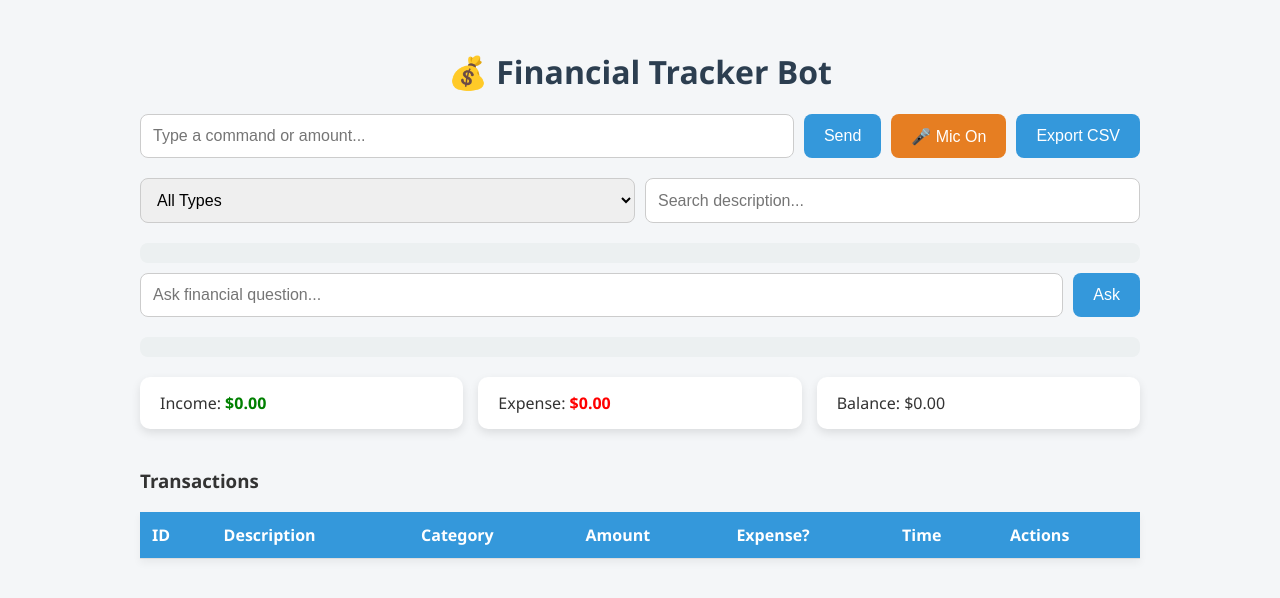
Repository: Aroxy22/finance-tracker
Page: backend/index.html
An editor plug-in stored every save of this project. The page is shown before and after the next save, followed by the edit.
The browser window is 1280 px wide. The pictures show the whole page.
The page's requests for data from a server got no answer.

Above is the page before, as saved 2025-09-09 15:28:06.

### backend/index.html
<!DOCTYPE html>
<html lang="en">
<head>
<meta charset="UTF-8">
<title>Financial Tracker Bot</title>
<meta name="viewport" content="width=device-width, initial-scale=1.0">
<style>
body {
    font-family: 'Segoe UI', Tahoma, Geneva, Verdana, sans-serif;
    margin: 0;
    padding: 0;
    background: #f4f6f8;
    color: #333;
}
h1 { text-align: center; margin-top: 30px; color: #2c3e50; }
.container { max-width: 1000px; margin: auto; padding: 20px; }
.input-group, .filter-group { display: flex; justify-content: center; margin-bottom: 20px; flex-wrap: wrap; gap: 10px; }
input[type=text], select { padding: 12px; flex: 1; min-width: 150px; border: 1px solid #ccc; border-radius: 8px; font-size: 16px; }
button { padding: 12px 20px; border: none; background-color: #3498db; color: white; cursor: pointer; font-size: 16px; border-radius: 8px; transition: background 0.3s; }
button:hover { background-color: #2980b9; }
#speechBtn { background-color: #e67e22; }
#speechBtn.off { background-color: #95a5a6; }
#response, #answer { margin: 10px 0; padding: 10px; background: #ecf0f1; border-radius: 8px; white-space: pre-wrap; }
#transactions table { width: 100%; border-collapse: collapse; margin-top: 15px; box-shadow: 0 4px 8px rgba(0,0,0,0.05); }
#transactions th, #transactions td { padding: 12px; text-align: left; border-bottom: 1px solid #ddd; }
#transactions th { background-color: #3498db; color: white; }
#transactions tr:nth-child(even) { background-color: #f2f2f2; }
#summary, #categorySummary { display: flex; justify-content: space-around; flex-wrap: wrap; gap: 15px; margin-top: 20px; }
.card { flex: 1; min-width: 200px; padding: 15px 20px; background: white; border-radius: 10px; box-shadow: 0 4px 10px rgba(0,0,0,0.1); }
.card h3 { margin: 0 0 10px 0; }
.income { color: green; font-weight: bold; }
.expense { color: red; font-weight: bold; }
#notification { position: fixed; top: 20px; right: 20px; z-index: 1000; }
.notification-card { padding: 15px 20px; margin-bottom: 10px; border-radius: 10px; color: white; font-weight: 600; box-shadow: 0 4px 10px rgba(0,0,0,0.2); animation: slideIn 0.5s ease-out; max-width: 300px; word-wrap: break-word; }
@keyframes slideIn { 0% { transform: translateX(100%); opacity: 0; } 100% { transform: translateX(0); opacity: 1; } }
.delete-btn { padding: 4px 8px; background: #e74c3c; color: white; border: none; border-radius: 6px; cursor: pointer; }
.delete-btn:hover { background: #c0392b; }
.edit-btn { padding: 4px 8px; background: #f1c40f; color: white; border: none; border-radius: 6px; cursor: pointer; }
.edit-btn:hover { background: #d4ac0d; }
</style>
</head>
<body>
<div class="container">
    <h1>💰 Financial Tracker Bot</h1>

    <!-- Command Input -->
    <div class="input-group">
        <input type="text" id="textInput" placeholder="Type a command or amount...">
        <button onclick="sendText()">Send</button>
        <button id="speechBtn">🎤 Mic On</button>
        <button onclick="exportCSV()">Export CSV</button>
    </div>

    <!-- Filters -->
    <div class="filter-group">
        <select id="filterType" onchange="listTransactions()">
            <option value="">All Types</option>
            <option value="income">Income</option>
            <option value="expense">Expense</option>
        </select>
        <input type="text" id="searchText" placeholder="Search description..." oninput="listTransactions()">
    </div>

    <!-- Responses -->
    <div id="response"></div>

    <!-- Finance Q&A -->
    <div class="input-group">
        <input type="text" id="askInput" placeholder="Ask financial question...">
        <button onclick="sendQuestion()">Ask</button>
    </div>
    <div id="answer"></div>

    <!-- Summary -->
    <div id="summary">
        <div class="card">Income: <span class="income" id="incomeVal">$0.00</span></div>
        <div class="card">Expense: <span class="expense" id="expenseVal">$0.00</span></div>
        <div class="card">Balance: <span id="balanceVal">$0.00</span></div>
    </div>

    <!-- Category Summary -->
    <div id="categorySummary"></div>

    <!-- Transactions -->
    <div id="transactions">
        <h3>Transactions</h3>
        <table>
            <thead>
                <tr>
                    <th>ID</th><th>Description</th><th>Category</th><th>Amount</th>
                    <th>Expense?</th><th>Time</th><th>Actions</th>
                </tr>
            </thead>
            <tbody id="txBody"></tbody>
        </table>
    </div>
</div>

<div id="notification"></div>

<script>
const responseDiv = document.getElementById("response");
const txBody = document.getElementById("txBody");
const incomeVal = document.getElementById("incomeVal");
const expenseVal = document.getElementById("expenseVal");
const balanceVal = document.getElementById("balanceVal");
const categorySummary = document.getElementById("categorySummary");
const notificationDiv = document.getElementById("notification");

let allTransactions = [];

// ---------- Text-to-Speech ----------
function speak(text) {
    if ('speechSynthesis' in window) {
        const utterance = new SpeechSynthesisUtterance(text);
        utterance.lang = "en-US";
        speechSynthesis.speak(utterance);
    }
}

// ---------- Send Command ----------
async function sendCommand(text){
    const res = await fetch("/api/command", {
        method: "POST",
        headers: {"Content-Type":"application/json"},
        body: JSON.stringify({text})
    });
    const data = await res.json();
    responseDiv.innerText = JSON.stringify(data, null, 2);

    if(data.status === "need_amount"){
        let amt = prompt(data.message);
        if(amt) sendCommand(`${data.description} ${amt}`);
        return;
    }

    if(data.status==="ok" && data.action==="added"){
        showNotification(data);
    } else if(data.status === "error"){
        showNotification({message: data.message, error:true});
    }

    listTransactions();
    showSummary();
    document.getElementById("textInput").value = "";
}

function sendText(){ const text = document.getElementById("textInput").value; if(text) sendCommand(text); }

// ---------- Transactions ----------
async function listTransactions(){
    const res = await fetch("/api/command", {
        method: "POST",
        headers: {"Content-Type":"application/json"},
        body: JSON.stringify({text: "list"})
    });
    const data = await res.json();
    allTransactions = data.transactions || [];

    const filterType = document.getElementById("filterType").value;
    const searchText = document.getElementById("searchText").value.toLowerCase();

    const filtered = allTransactions.filter(tx => {
        let matchType = filterType ? (filterType==='income' ? !tx.is_expense : tx.is_expense) : true;
        let matchSearch = tx.desc.toLowerCase().includes(searchText);
        return matchType && matchSearch;
    });

    txBody.innerHTML = "";
    filtered.forEach(tx => {
        const tr = document.createElement("tr");
        tr.innerHTML = `
            <td>${tx.id}</td>
            <td>${tx.desc}</td>
            <td>${tx.category}</td>
            <td class="${tx.is_expense ? 'expense':'income'}">$${tx.amount.toFixed(2)}</td>
            <td>${tx.is_expense ? 'Yes':'No'}</td>
            <td>${new Date(tx.ts).toLocaleString()}</td>
            <td>
                <button class="edit-btn" onclick="editTransaction(${tx.id})">Edit</button>
                <button class="delete-btn" onclick="deleteTransaction(${tx.id})">Delete</button>
            </td>
        `;
        txBody.appendChild(tr);
    });

    showCategorySummary(filtered);
}

function showSummary(){
    let totalIncome = allTransactions.filter(t => !t.is_expense).reduce((a,b)=>a+b.amount,0);
    let totalExpense = allTransactions.filter(t => t.is_expense).reduce((a,b)=>a+b.amount,0);
    incomeVal.innerText = `$${totalIncome.toFixed(2)}`;
    expenseVal.innerText = `$${totalExpense.toFixed(2)}`;
    balanceVal.innerText = `$${(totalIncome-totalExpense).toFixed(2)}`;
}

function showCategorySummary(transactions){
    let summary = {};
    transactions.forEach(tx => { if(!summary[tx.category]) summary[tx.category]=0; summary[tx.category]+=tx.amount; });
    categorySummary.innerHTML = '';
    for(let cat in summary){
        const card = document.createElement('div');
        card.className='card';
        card.innerHTML=`<h3>${cat}</h3><p>Total: $${summary[cat].toFixed(2)}</p>`;
        categorySummary.appendChild(card);
    }
}

// ---------- Notifications ----------
function showNotification(data){
    const notif=document.createElement("div");
    notif.className="notification-card";
    let spokenText = "";

    if(data.error){
        notif.style.background="#e67e22";
        notif.innerText=`Error: ${data.message}`;
        spokenText = `Error: ${data.message}`;
    }
    else if(data.deleted_id!==undefined){
        notif.style.background="#3498db";
        notif.innerText=`Deleted transaction ID: ${data.deleted_id}`;
        spokenText = `Deleted transaction ID ${data.deleted_id}`;
    }
    else if(data.id!==undefined){
        notif.style.background=data.is_expense?"#e74c3c":"#2ecc71";
        notif.innerText=`Transaction Added: ID:${data.id}, $${data.amount.toFixed(2)}, ${data.category}`;
        spokenText = `Transaction added. ${data.is_expense ? "Expense" : "Income"} of $${data.amount.toFixed(2)} in category ${data.category}`;
    }

    notificationDiv.appendChild(notif);
    notif.scrollIntoView({behavior:"smooth"});
    setTimeout(()=> notif.remove(),4000);

    if(spokenText) speak(spokenText);
}

// ---------- Edit/Delete ----------
async function deleteTransaction(id){ await sendCommand(`delete ${id}`); }
async function editTransaction(id){
    let tx = allTransactions.find(t=>t.id===id);
    if(!tx) return;
    let newDesc = prompt("Description:", tx.desc) || tx.desc;
    let newAmt = parseFloat(prompt("Amount:", tx.amount)) || tx.amount;
    let isExpense = confirm("Is Expense? (OK=Yes)") ? true : false;

    await fetch("/api/edit",{
        method:"POST",
        headers:{"Content-Type":"application/json"},
        body:JSON.stringify({id:id, description:newDesc, amount:newAmt, is_expense:isExpense})
    });
    listTransactions();
    showSummary();
}

// ---------- Finance Q&A ----------
async function sendQuestion(){
  const text = document.getElementById("askInput").value;
  if(!text) return;

  const res = await fetch("/api/ask", {
      method:"POST",
      headers: {"Content-Type":"application/json"},
      body: JSON.stringify({text})
  });

  const data = await res.json();

  if(data.status === "ok"){
      document.getElementById("answer").innerHTML = data.answer;

      // Speak plain text (strip HTML)
      const tempDiv = document.createElement("div");
      tempDiv.innerHTML = data.answer;
      const plainText = tempDiv.textContent || tempDiv.innerText;
      speak(plainText);
  } else {
      document.getElementById("answer").innerHTML = `<span style="color:red;">Error: ${data.message || "Unknown error"}</span>`;
      speak(`Error: ${data.message || "Unknown error"}`);
  }

  document.getElementById("askInput").value = "";
}

// ---------- CSV Export ----------
async function exportCSV(){
    let csv="ID,Description,Category,Amount,Expense,Date\n";
    allTransactions.forEach(t=>{csv+=`${t.id},"${t.desc}",${t.category},${t.amount},${t.is_expense?1:0},${t.ts}\n`;});
    const blob = new Blob([csv], {type:"text/csv"});
    const link = document.createElement("a");
    link.href = URL.createObjectURL(blob);
    link.download = "transactions.csv";
    link.click();
}

// ---------- Speech Recognition ----------
const speechBtn = document.getElementById("speechBtn");
let recognition, micOn=false;
if('webkitSpeechRecognition' in window){
    recognition = new webkitSpeechRecognition();
    recognition.continuous=true;
    recognition.interimResults=true;
    recognition.lang="en-US";
    recognition.onresult=function(event){
        let transcript = event.results[event.results.length-1][0].transcript;
        document.getElementById("textInput").value = transcript;
    };
    recognition.onerror=function(event){ alert("Speech error: "+event.error); };
    speechBtn.onclick=()=>{
        if(!micOn){ recognition.start(); micOn=true; speechBtn.innerText="🎤 Mic Off"; speechBtn.classList.remove("off"); }
        else{ recognition.stop(); micOn=false; speechBtn.innerText="🎤 Mic On"; speechBtn.classList.add("off"); }
    };
}else{ speechBtn.disabled=true; speechBtn.innerText="Mic not supported"; }

listTransactions();
showSummary();
</script>
</body>
</html>

After the next save:
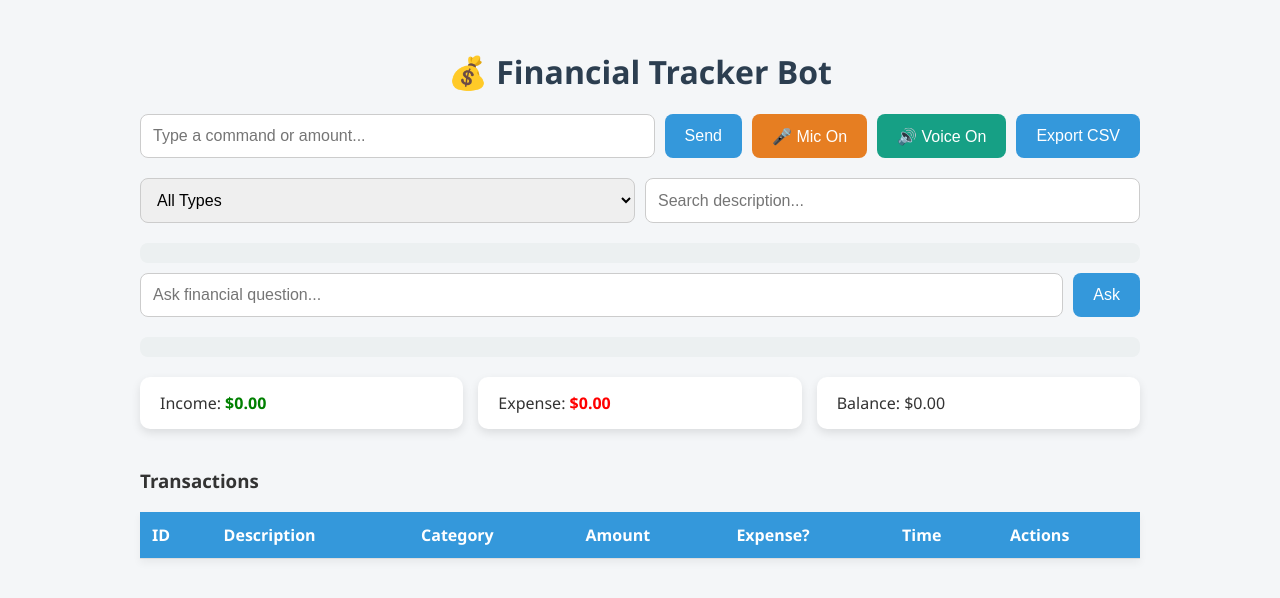
Saved 2 min 3 s later.
--- a/backend/index.html
+++ b/backend/index.html
@@ -20,6 +20,8 @@ button { padding: 12px 20px; border: none; background-color: #3498db; color: whi
 button:hover { background-color: #2980b9; }
 #speechBtn { background-color: #e67e22; }
 #speechBtn.off { background-color: #95a5a6; }
+#voiceBtn { background-color: #16a085; }
+#voiceBtn.off { background-color: #95a5a6; }
 #response, #answer { margin: 10px 0; padding: 10px; background: #ecf0f1; border-radius: 8px; white-space: pre-wrap; }
 #transactions table { width: 100%; border-collapse: collapse; margin-top: 15px; box-shadow: 0 4px 8px rgba(0,0,0,0.05); }
 #transactions th, #transactions td { padding: 12px; text-align: left; border-bottom: 1px solid #ddd; }
@@ -48,6 +50,7 @@ button:hover { background-color: #2980b9; }
         <input type="text" id="textInput" placeholder="Type a command or amount...">
         <button onclick="sendText()">Send</button>
         <button id="speechBtn">🎤 Mic On</button>
+        <button id="voiceBtn">🔊 Voice On</button>
         <button onclick="exportCSV()">Export CSV</button>
     </div>
 
@@ -109,14 +112,31 @@ const notificationDiv = document.getElementById("notification");
 
 let allTransactions = [];
 
-// ---------- Text-to-Speech ----------
+// ---------- Voice Control ----------
+let voiceOn = true;
+
 function speak(text) {
+    if (!voiceOn) return; // skip if voice is off
     if ('speechSynthesis' in window) {
         const utterance = new SpeechSynthesisUtterance(text);
         utterance.lang = "en-US";
+        speechSynthesis.cancel(); // stop previous speech
         speechSynthesis.speak(utterance);
     }
 }
+
+const voiceBtn = document.getElementById("voiceBtn");
+voiceBtn.onclick = () => {
+    voiceOn = !voiceOn;
+    if (voiceOn) {
+        voiceBtn.innerText = "🔊 Voice On";
+        voiceBtn.classList.remove("off");
+    } else {
+        speechSynthesis.cancel(); // stop ongoing speech immediately
+        voiceBtn.innerText = "🔇 Voice Off";
+        voiceBtn.classList.add("off");
+    }
+};
 
 // ---------- Send Command ----------
 async function sendCommand(text){
